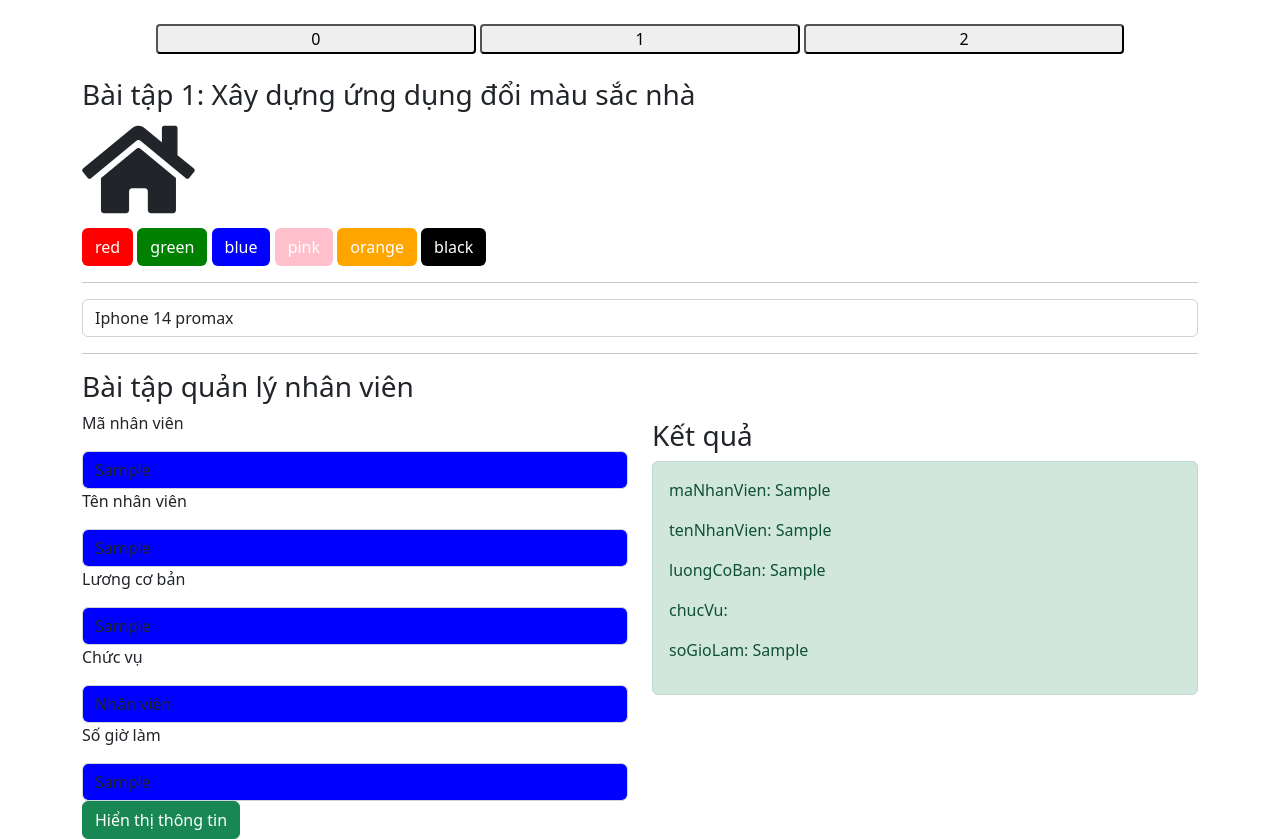
Repository: hcozyph/CyberSoft_Bai_Tap_Tren_Lop
Page: ES6/ES6_BASIC/index.html
The author's editor kept a copy of each file at every save. The page is drawn from the files as they stood at one save, then again after the next save.
The browser window is 1280 px wide. The pictures show the whole page.
Empty fields were first filled with sample values (such as "Sample", 5 or name@example.com).
After loading, the first visible `#frmNhanVien` was submitted once.
Some web libraries are served in a nearby version.

Above is the page before, as saved 2023-03-22 20:58:02.

After the next save:
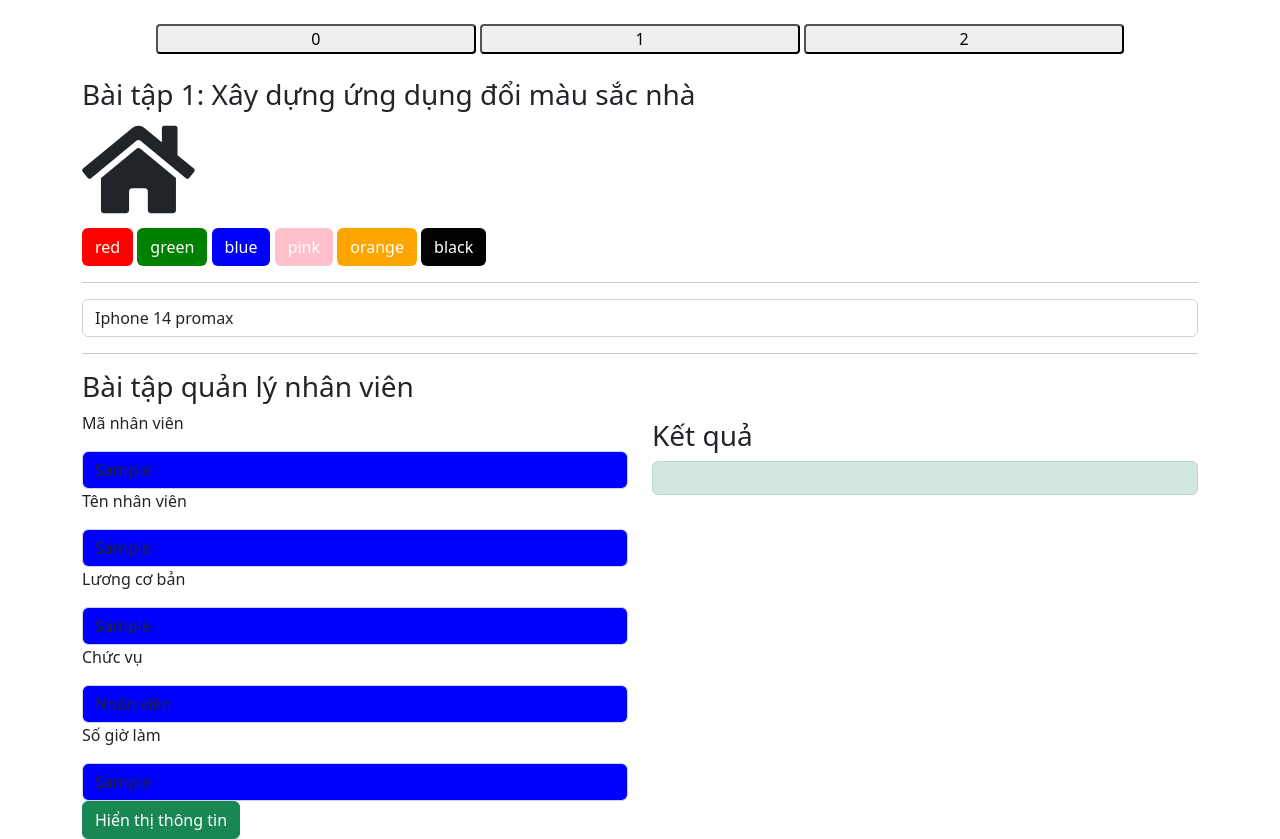
Console error: TypeError: nhanVien is not iterable
Saved 74 s later.
--- a/ES6/ES6_BASIC/index.js
+++ b/ES6/ES6_BASIC/index.js
@@ -343,11 +343,15 @@
     //nhanVien = {maNhanVien:1,tenNhanVien:'Phước',...}
     // nhanVien['maNhanVien']
     let contentHTML = '';
-    for (let key in nhanVien) {
+    // for (let key in nhanVien) {
+    //     console.log(key);
+    //     contentHTML += `
+    //         <p>${key}: ${nhanVien[key]}</p>
+    //     `
+    // }
+
+    for (let key of nhanVien) {
         console.log(key);
-        contentHTML += `
-            <p>${key}: ${nhanVien[key]}</p>
-        `
     }
     document.querySelector('#ketQuaHienThi').innerHTML = contentHTML;
 }

After the save that followed:
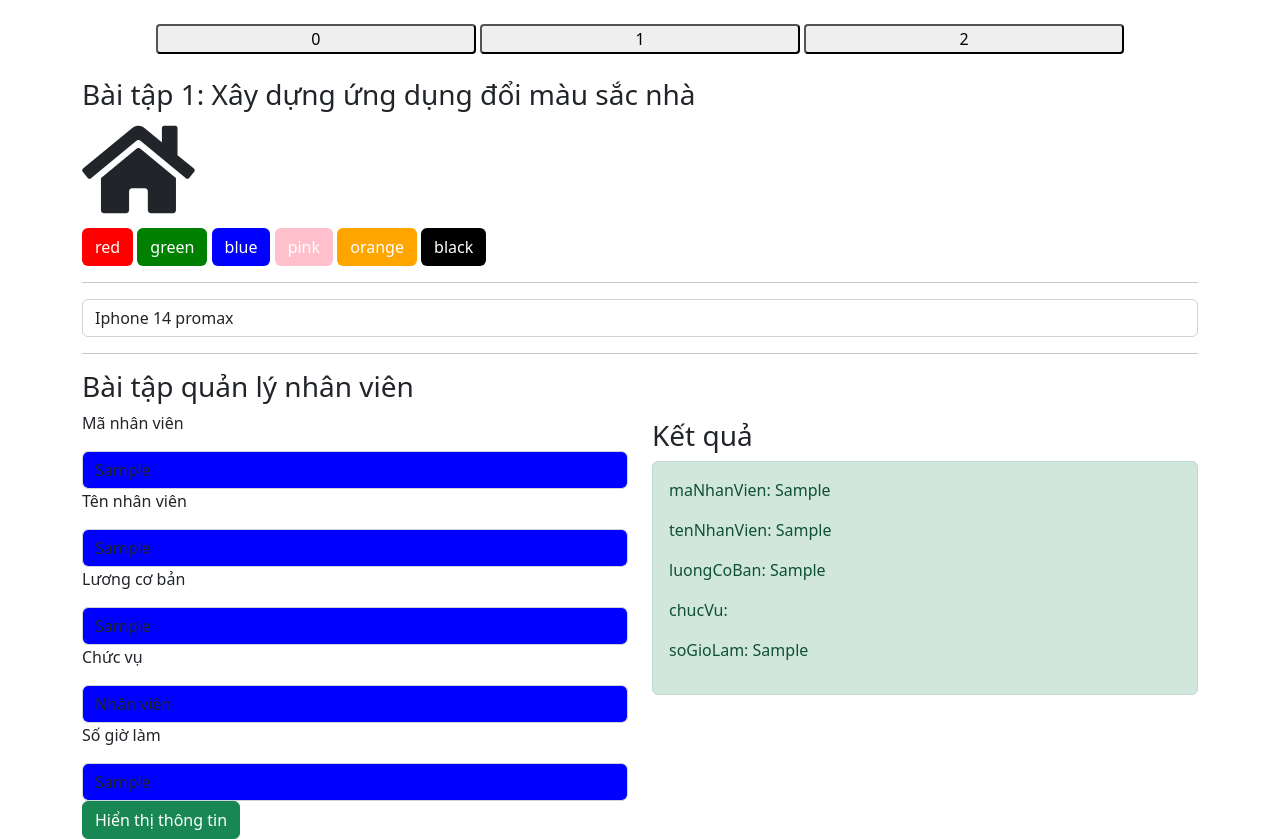
The error is gone.
Saved 48 s later.
--- a/ES6/ES6_BASIC/index.js
+++ b/ES6/ES6_BASIC/index.js
@@ -343,15 +343,11 @@
     //nhanVien = {maNhanVien:1,tenNhanVien:'Phước',...}
     // nhanVien['maNhanVien']
     let contentHTML = '';
-    // for (let key in nhanVien) {
-    //     console.log(key);
-    //     contentHTML += `
-    //         <p>${key}: ${nhanVien[key]}</p>
-    //     `
-    // }
-
-    for (let key of nhanVien) {
+    for (let key in nhanVien) {
         console.log(key);
+        contentHTML += `
+            <p>${key}: ${nhanVien[key]}</p>
+        `
     }
     document.querySelector('#ketQuaHienThi').innerHTML = contentHTML;
 }
